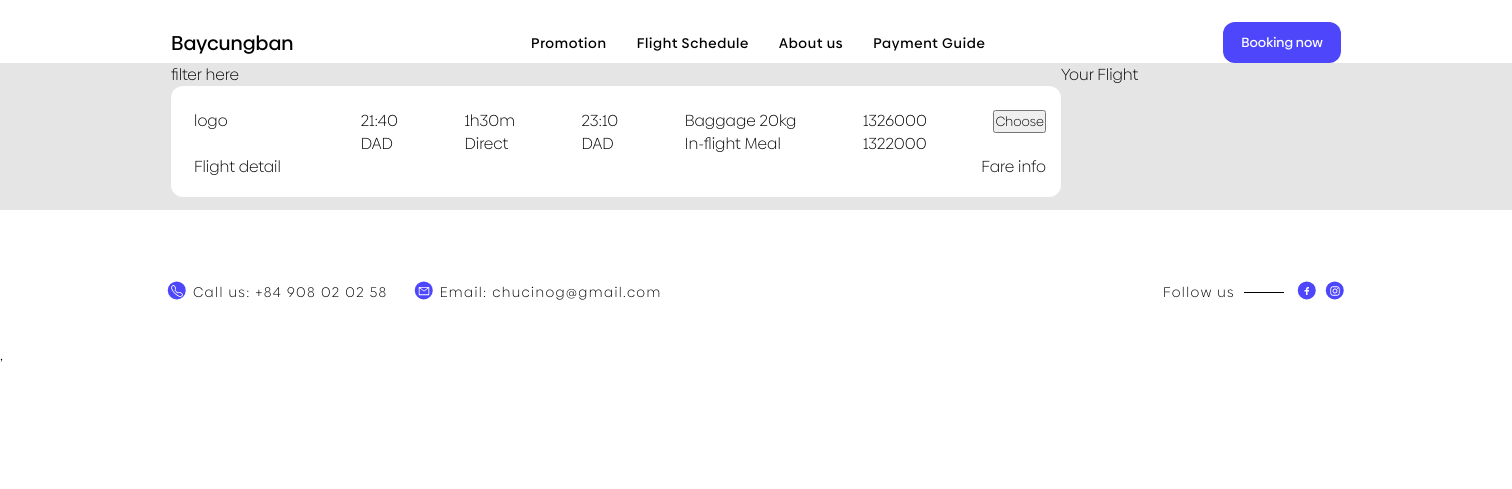
Repository: pinocoding/my-flying
Page: /list (app in my-flying/)
The author's editor kept a copy of each file at every save. The page is drawn from the files as they stood at one save, then again after a run of saves.
The browser window is 1280 px wide. The page is 1512 px wide, so the pictures cover 1512 px, including what lies to the right of the window. The pictures show the whole page.
The project was rebuilt for these pictures with package versions that can differ from the ones it lists, and the page was loaded fresh each time. Also part of the build but not shown: my-flying/src/components/InDecreaBtn/InDecreaBtn.js, my-flying/src/components/TravelBooking/TravelBooking.css, my-flying/src/components/TravelBooking/TravelBooking.js, my-flying/src/components/home/Home.css, my-flying/src/components/home/Home.js. Imported but missing from the stored project, and not drawn on this page: my-flying/src/reportWebVitals.

Above is the page before, as saved 2022-09-09 17:00:15.

After the next 5 saves:
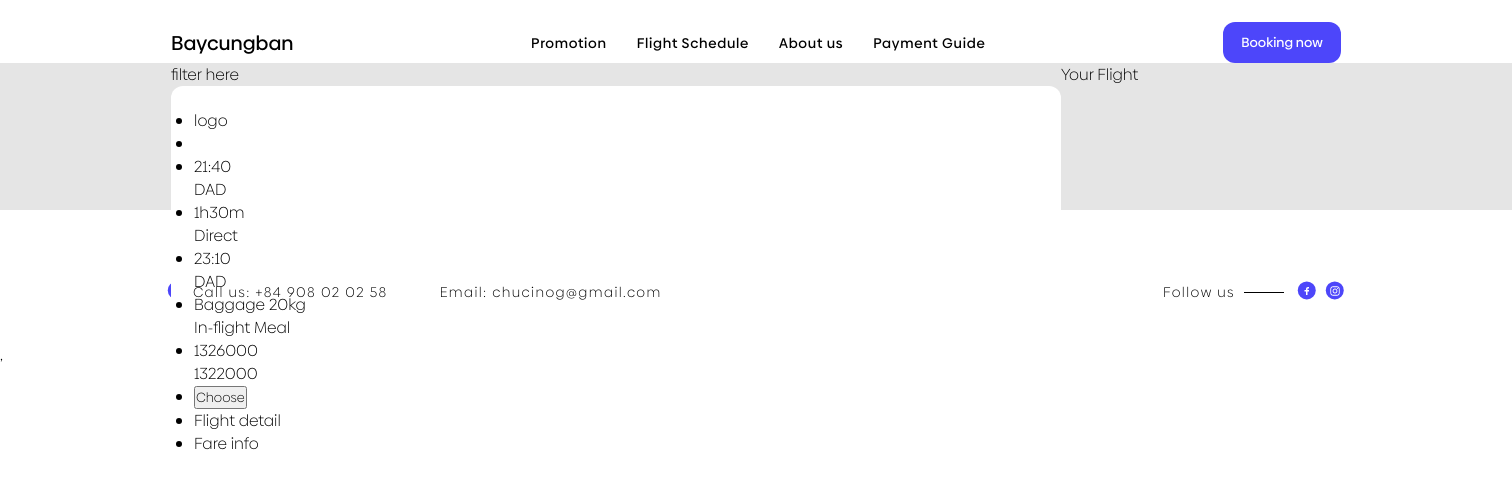
The 5 saves are shown as one change because they came seconds apart.
The last was saved 10 s later.
--- a/my-flying/src/components/FlightsInfor/FlightInfor.css
+++ b/my-flying/src/components/FlightsInfor/FlightInfor.css
@@ -5,7 +5,7 @@
   padding: 23px 15px 19px 23px;
 }
 
-.flight-container ul {
+.flight-container .Flight-list {
   list-style: none;
   display: flex;
   justify-content: space-between;
